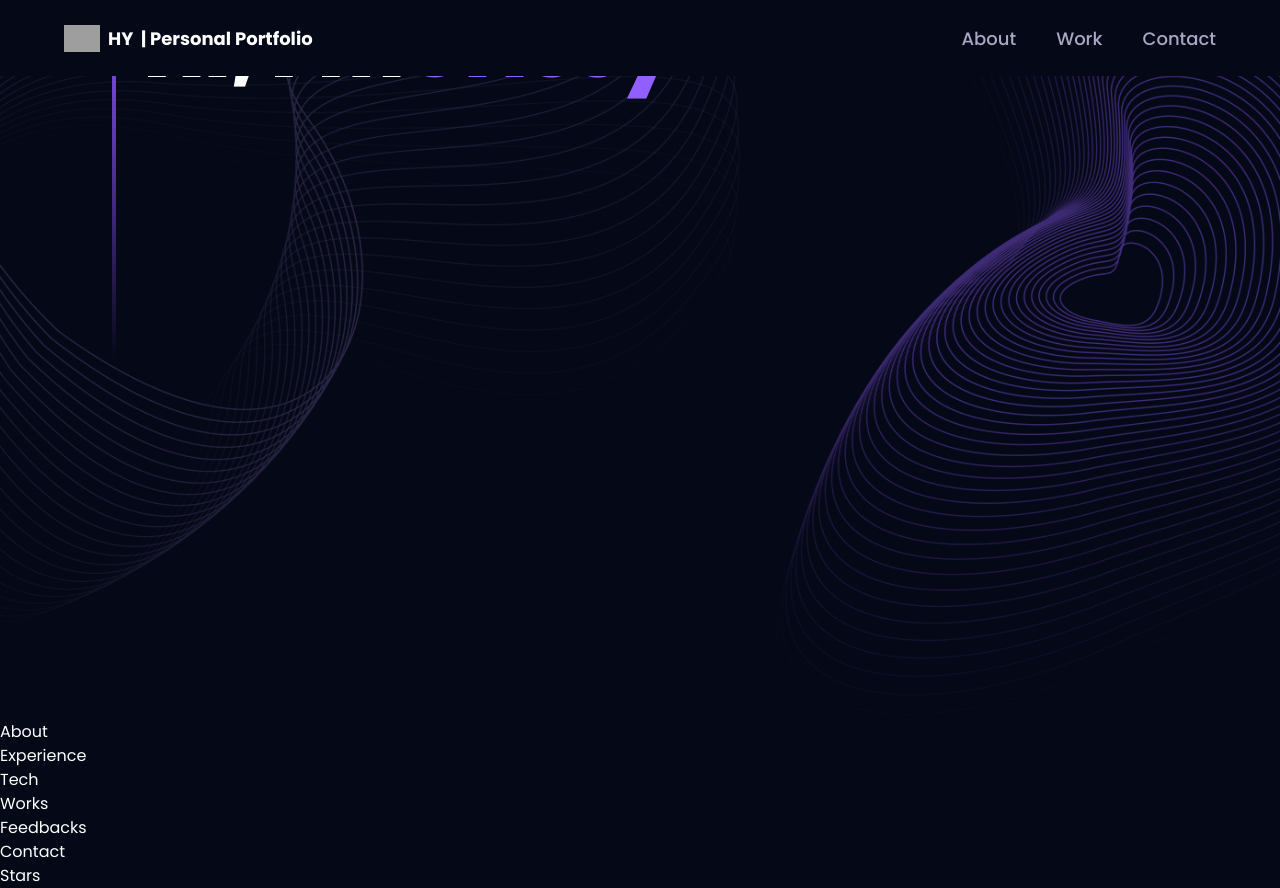
Repository: huiyyee/3d_portfolio
Page: /
The author's editor kept a copy of each file at every save. The page is drawn from the files as they stood at one save, then again after a run of saves.
The browser window is 1280 px wide. The pictures show the whole page.
Pictures or frames that could not be fetched are drawn as grey boxes. The project was rebuilt for these pictures with package versions that can differ from the ones it lists, and the page was loaded fresh each time. Also part of the build but not shown: vite.config.js, src/components/canvas/Earth.jsx, src/components/canvas/Ball.jsx, src/components/canvas/Computers.jsx.

Above is the page before, as saved 2024-10-10 23:25:53.

### index.html
<!doctype html>
<html lang="en">
  <head>
    <meta charset="UTF-8" />
    <link rel="icon" type="image/svg+xml" href="/vite.svg" />
    <meta name="viewport" content="width=device-width, initial-scale=1.0" />
    <title>HY | Portfolio</title>
  </head>
  <body>
    <div id="root"></div>
    <script type="module" src="/src/main.jsx"></script>
  </body>
</html>

### src/App.jsx
import { BrowserRouter } from "react-router-dom" //used for routing
import { About, Contact, Experience, Feedbacks,
  Hero, Navbar, Tech, Works, StarsCanvas } from './components';

const App = () => {
  return (
    <BrowserRouter>
      <div className="relative z-0 bg-primary">
        <div className="bg-hero-pattern bg-cover bg-no-repeat bg-center">
          <Navbar/>
          <Hero/>
        </div>
        <About/>
        <Experience/>
        <Tech/>
        <Works/>
        <Feedbacks/>
        <div className="relative z-0">
          <Contact/>
          <StarsCanvas />
        </div>
      </div>
    </BrowserRouter>

  )
}

export default App

### src/components/Hero.jsx
import { motion } from 'framer-motion';
import { styles } from './styles'
import { ComputersCanvas } from './canvas';

const Hero = () => {
  return (
    <section className='relative w-full h-screen mx-auto'>
      <div className={`${styles.paddingX}absolute
      inset-0 top-[120px] max-w-7xl mx-10 flex flex-row items-start gap-5`}>
        <div className="flex flex-col
        justify-center items-center mt-5">
          <div className="w-5 h-5 rounded-full bg-[#915eff]"/>
          <div className='w-1 sm:h-80 h-40 violet-gradient'/>
        </div>
      <div>
        <h1 className={`${styles.heroHeadText}text-white`}>Hi, I'm
        <span className='text-[#915eff]'>Crissy
          </span></h1>
      </div>
      </div>
    </section >
  )
}

export default Hero

### src/components/Navbar.jsx
import React, { useEffect, useState} from 'react'
import { Link } from 'react-router-dom'//use to navigate to other parts of the pages
import { styles } from './styles';
import { navLinks } from '../constants';
import { logo, menu, close} from '../assets';

const Navbar = () => {
  const [active,setActive] = useState('');
  const [toggle,setToggle] = useState(false)
  return (
    <nav
      className={`${styles.paddingX} w-full flex
      items-center py-5 fixed top-0 z-20 bg-primary`}
    >
      <div className="w-full flex
      justify-between items-center max-w-7xl mx-auto">
        <Link
          to = "/"
          className="flex items-center gap-2"
          onClick={() => {
            setActive("");
            window.scrollTo(0, 0);
          }}
        >
          <img src={logo} alt="Logo" className="w-9 h-9 object-contain"
            style={{ maxWidth: '150px', maxHeight: '150px' }}

          />
          <p className="text-white text-[18px]
          font-bold cursor-pointe flex">HY &nbsp; <span className="sm:block hidden">
            | Personal Portfolio</span> </p>
        </Link>
        <ul className="list-none hidden sm:flex
        flex-row gap-10">
          {navLinks.map((Link)=>(
          <li
            key={Link.id}
            className={`${
              active === Link.title
                ? "text-white"
                : "text-secondary"
            }
            text-gray-500
            hover:text-white text-[18px]
            font-medium cursor-pointer`}
            onClick={() => setActive(Link.title)}
          >
            <a href={`#${Link.id}`}>{Link.title}</a>
          </li>

          ))}
        </ul>
        <div className="sm:hidden flex flex-1 justify-end items-center"
        >
          <img src={toggle ? close: menu}
          alt="menu"
          className="w-[28px] h-[28px] object-contain cursor-pointer"
          onClick={()=> setToggle(!toggle)}
          />

          <div className={`${!toggle? 'hidden':'flex'} p-6 black-gradient absolute
          top-20 right-0 mx-4 my-2 min-w[140px] z-10 rounded-xl`}>
          <ul className="list-none flex justify-end items-start flex-col gap-4">
            {navLinks.map((Link)=>(
            <li
              key={Link.id}
              className={`${
                active === Link.title
                  ? "text-white"
                  : "text-secondary"
              }font-poppins font-medium cursor-pointer text-[16px]`}
              onClick={() => {
                setToggle(!toggle)
                setActive(Link.title)
              }}>
              <a href={`#${Link.id}`}>{Link.title}</a>
            </li>
            ))}
        </ul>
            </div>
        </div>

      </div>
    </nav>
  )
}

export default Navbar

### src/components/styles.js
const styles = {
    paddingX: "sm:px-16 px-6",
    paddingY: "sm:py-16 py-6",
    padding: "sm:px-16 px-6 sm:py-16 py-10",

    heroHeadText:
        "font-black text-white lg:text-[80px] sm:text-[60px] xs:text-[50px] text-[40px] lg:leading-[98px] mt-2",
    heroSubText:
        "text-[#dfd9ff] font-medium lg:text-[30px] sm:text-[26px] xs:text-[20px] text-[16px] lg:leading-[40px]",

    sectionHeadText:
        "text-white font-black md:text-[60px] sm:text-[50px] xs:text-[40px] text-[30px]",
    sectionSubText:
        "sm:text-[18px] text-[14px] text-secondary uppercase tracking-wider",
    };

export { styles };

### src/constants/index.js
import {
    mobile,
    backend,
    creator,
    web,
    javascript,
    typescript,
    html,
    css,
    reactjs,
    redux,
    tailwind,
    nodejs,
    mongodb,
    git,
    figma,
    docker,
    meta,
    starbucks,
    tesla,
    shopify,
    carrent,
    jobit,
    tripguide,
    threejs,
  } from "../assets";

  export const navLinks = [
    {
      id: "about",
      title: "About",
    },
    {
      id: "work",
      title: "Work",
    },
    {
      id: "contact",
      title: "Contact",
    },
  ];

  const services = [
    {
      title: "Web Developer",
      icon: web,
    },
    {
      title: "React Native Developer",
      icon: mobile,
    },
    {
      title: "Backend Developer",
      icon: backend,
    },
    {
      title: "Content Creator",
      icon: creator,
    },
  ];

  const technologies = [
    {
      name: "HTML 5",
      icon: html,
    },
    {
      name: "CSS 3",
      icon: css,
    },
    {
      name: "JavaScript",
      icon: javascript,
    },
    {
      name: "TypeScript",
      icon: typescript,
    },
    {
      name: "React JS",
      icon: reactjs,
    },
    {
      name: "Redux Toolkit",
      icon: redux,
    },
    {
      name: "Tailwind CSS",
      icon: tailwind,
    },
    {
      name: "Node JS",
      icon: nodejs,
    },
    {
      name: "MongoDB",
      icon: mongodb,
    },
    {
      name: "Three JS",
      icon: threejs,
    },
    {
      name: "git",
      icon: git,
    },
    {
      name: "figma",
      icon: figma,
    },
    {
      name: "docker",
      icon: docker,
    },
  ];

  const experiences = [
    {
      title: "React.js Developer",
      company_name: "Starbucks",
      icon: starbucks,
      iconBg: "#383E56",
      date: "March 2020 - April 2021",
      points: [
        "Developing and maintaining web applications using React.js and other related technologies.",
        "Collaborating with cross-functional teams including designers, product managers, and other developers to create high-quality products.",
        "Implementing responsive design and ensuring cross-browser compatibility.",
        "Participating in code reviews and providing constructive feedback to other developers.",
      ],
    },
    {
      title: "React Native Developer",
      company_name: "Tesla",
      icon: tesla,
      iconBg: "#E6DEDD",
      date: "Jan 2021 - Feb 2022",
      points: [
        "Developing and maintaining web applications using React.js and other related technologies.",
        "Collaborating with cross-functional teams including designers, product managers, and other developers to create high-quality products.",
        "Implementing responsive design and ensuring cross-browser compatibility.",
        "Participating in code reviews and providing constructive feedback to other developers.",
      ],
    },
    {
      title: "Web Developer",
      company_name: "Shopify",
      icon: shopify,
      iconBg: "#383E56",
      date: "Jan 2022 - Jan 2023",
      points: [
        "Developing and maintaining web applications using React.js and other related technologies.",
        "Collaborating with cross-functional teams including designers, product managers, and other developers to create high-quality products.",
        "Implementing responsive design and ensuring cross-browser compatibility.",
        "Participating in code reviews and providing constructive feedback to other developers.",
      ],
    },
    {
      title: "Full stack Developer",
      company_name: "Meta",
      icon: meta,
      iconBg: "#E6DEDD",
      date: "Jan 2023 - Present",
      points: [
        "Developing and maintaining web applications using React.js and other related technologies.",
        "Collaborating with cross-functional teams including designers, product managers, and other developers to create high-quality products.",
        "Implementing responsive design and ensuring cross-browser compatibility.",
        "Participating in code reviews and providing constructive feedback to other developers.",
      ],
    },
  ];

  const testimonials = [
    {
      testimonial:
        "I thought it was impossible to make a website as beautiful as our product, but Rick proved me wrong.",
      name: "Sara Lee",
      designation: "CFO",
      company: "Acme Co",
      image: "https://randomuser.me/api/portraits/women/4.jpg",
    },
    {
      testimonial:
        "I've never met a web developer who truly cares about their clients' success like Rick does.",
      name: "Chris Brown",
      designation: "COO",
      company: "DEF Corp",
      image: "https://randomuser.me/api/portraits/men/5.jpg",
    },
    {
      testimonial:
        "After Rick optimized our website, our traffic increased by 50%. We can't thank them enough!",
      name: "Lisa Wang",
      designation: "CTO",
      company: "456 Enterprises",
      image: "https://randomuser.me/api/portraits/women/6.jpg",
    },
  ];

  const projects = [
    {
      name: "Car Rent",
      description:
        "Web-based platform that allows users to search, book, and manage car rentals from various providers, providing a convenient and efficient solution for transportation needs.",
      tags: [
        {
          name: "react",
          color: "blue-text-gradient",
        },
        {
          name: "mongodb",
          color: "green-text-gradient",
        },
        {
          name: "tailwind",
          color: "pink-text-gradient",
        },
      ],
      image: carrent,
      source_code_link: "https://github.com/",
    },
    {
      name: "Job IT",
      description:
        "Web application that enables users to search for job openings, view estimated salary ranges for positions, and locate available jobs based on their current location.",
      tags: [
        {
          name: "react",
          color: "blue-text-gradient",
        },
        {
          name: "restapi",
          color: "green-text-gradient",
        },
        {
          name: "scss",
          color: "pink-text-gradient",
        },
      ],
      image: jobit,
      source_code_link: "https://github.com/",
    },
    {
      name: "Trip Guide",
      description:
        "A comprehensive travel booking platform that allows users to book flights, hotels, and rental cars, and offers curated recommendations for popular destinations.",
      tags: [
        {
          name: "nextjs",
          color: "blue-text-gradient",
        },
        {
          name: "supabase",
          color: "green-text-gradient",
        },
        {
          name: "css",
          color: "pink-text-gradient",
        },
      ],
      image: tripguide,
      source_code_link: "https://github.com/",
    },
  ];

  export { services, technologies, experiences, testimonials, projects };

### src/assets/index.js
import logo from "/Users/huiyee/Downloads/9-high-resolution-logo.png";
import backend from "./backend.png";
import creator from "./creator.png";
import mobile from "./mobile.png";
import web from "./web.png";
import github from "./github.png";
import menu from "./menu.svg";
import close from "./close.svg";

import css from "./tech/css.png";
import docker from "./tech/docker.png";
import figma from "./tech/figma.png";
import git from "./tech/git.png";
import html from "./tech/html.png";
import javascript from "./tech/javascript.png";
import mongodb from "./tech/mongodb.png";
import nodejs from "./tech/nodejs.png";
import reactjs from "./tech/reactjs.png";
import redux from "./tech/redux.png";
import tailwind from "./tech/tailwind.png";
import typescript from "./tech/typescript.png";
import threejs from "./tech/threejs.svg";

import meta from "./company/meta.png";
import shopify from "./company/shopify.png";
import starbucks from "./company/starbucks.png";
import tesla from "./company/tesla.png";

import carrent from "./carrent.png";
import jobit from "./jobit.png";
import tripguide from "./tripguide.png";

export {
  logo,
  backend,
  creator,
  mobile,
  web,
  github,
  menu,
  close,
  css,
  docker,
  figma,
  git,
  html,
  javascript,
  mongodb,
  nodejs,
  reactjs,
  redux,
  tailwind,
  typescript,
  threejs,
  meta,
  shopify,
  starbucks,
  tesla,
  carrent,
  jobit,
  tripguide,
};

Loaded but not shown: src/main.jsx (common file); src/index.css (common file); src/components/index.js (common file); src/components/canvas/index.js (common file); src/components/About.jsx (common file); src/components/Tech.jsx (common file); src/components/Experience.jsx (common file); src/components/Works.jsx (common file); src/components/Feedbacks.jsx (common file); src/components/Contact.jsx (common file); src/components/canvas/Stars.jsx (common file); tailwind.config.js (common file)

After the next 2 saves:
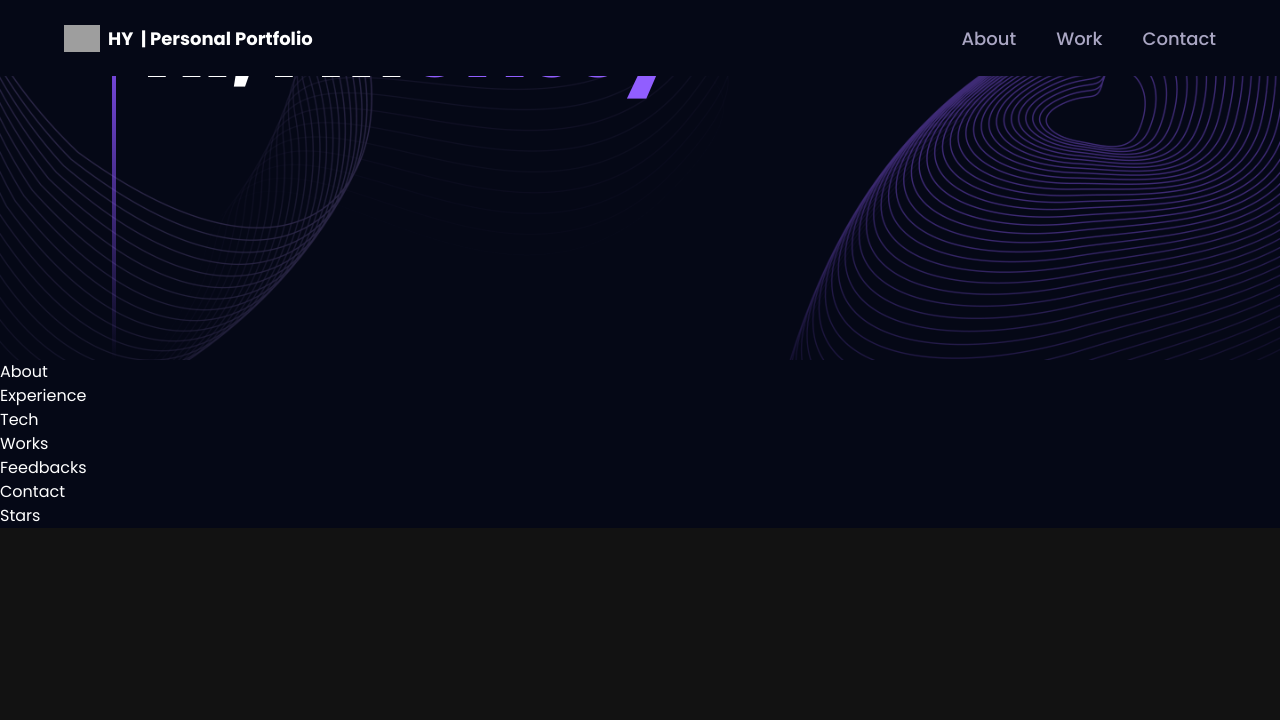
The 2 saves are shown as one change because they came seconds apart.
The last was saved 4 min 13 s later.
--- a/src/components/Hero.jsx
+++ b/src/components/Hero.jsx
@@ -4,7 +4,7 @@
 
 const Hero = () => {
   return (
-    <section className='relative w-full h-screen mx-auto'>
+    <section className='relative w-full h-100 mx-auto'>
       <div className={`${styles.paddingX}absolute
       inset-0 top-[120px] max-w-7xl mx-10 flex flex-row items-start gap-5`}>
         <div className="flex flex-col

After the save that followed:
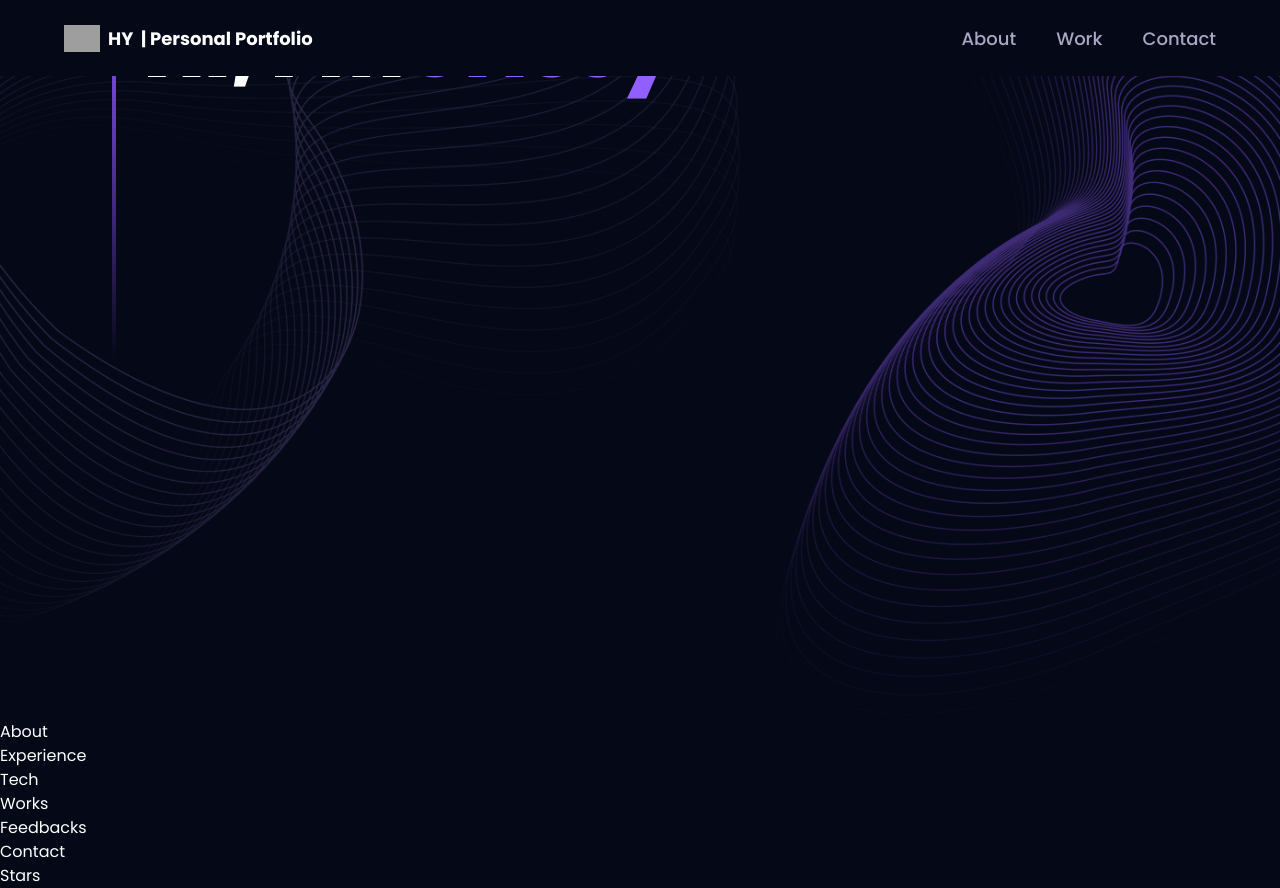
Saved 4 s later.
--- a/src/components/Hero.jsx
+++ b/src/components/Hero.jsx
@@ -4,7 +4,7 @@
 
 const Hero = () => {
   return (
-    <section className='relative w-full h-100 mx-auto'>
+    <section className='relative w-full h-screen mx-auto'>
       <div className={`${styles.paddingX}absolute
       inset-0 top-[120px] max-w-7xl mx-10 flex flex-row items-start gap-5`}>
         <div className="flex flex-col
